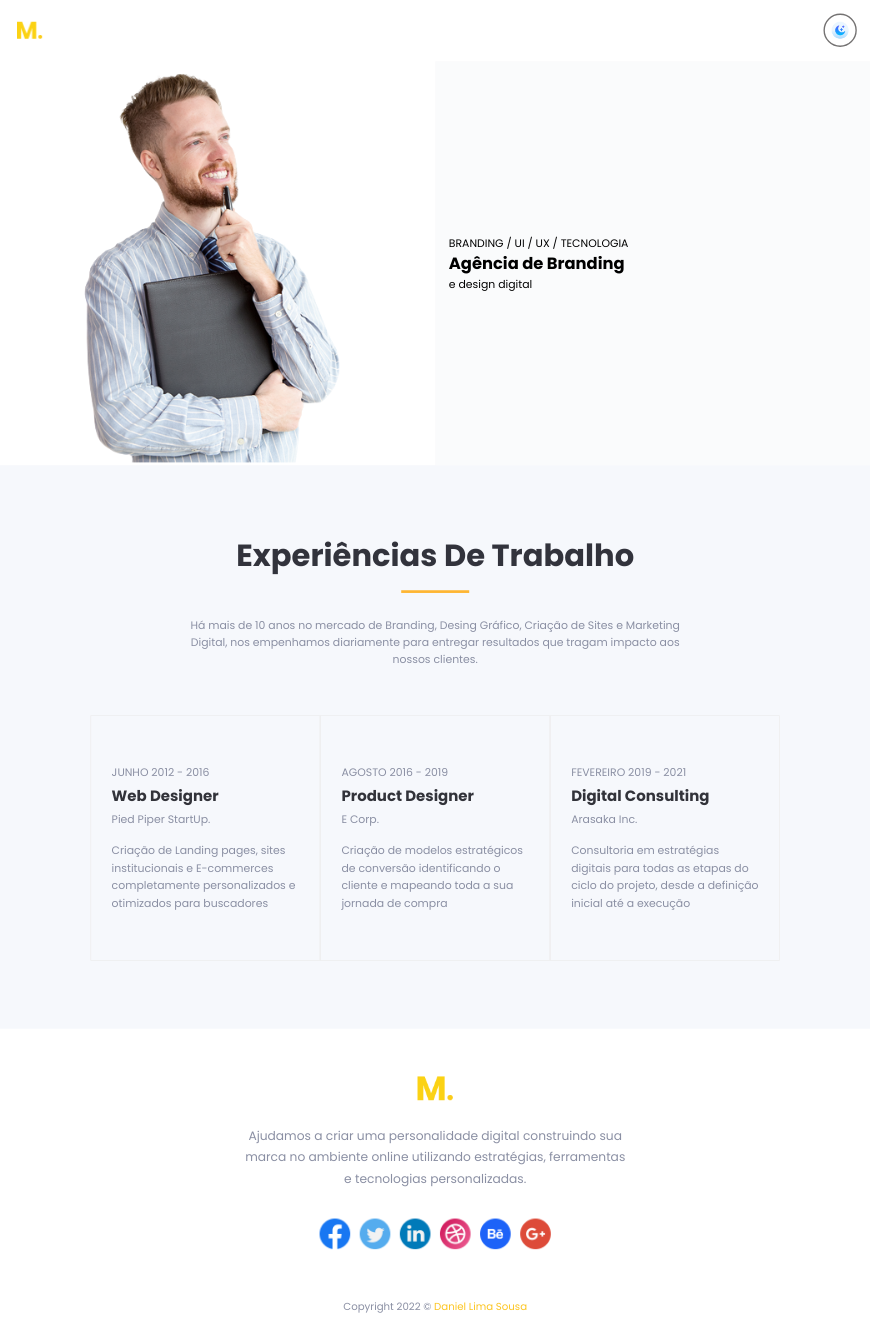
Repository: Daniells642/agencia-digital
Page: /
These files come from the project's save history. The page is drawn as it stood at one moment and after the next save; the edit follows.
The browser window is 1280 px wide. The pictures show the whole page, at 68% of full size.
The project was rebuilt for these pictures with package versions that can differ from the ones it lists, and the page was loaded fresh each time.

Above is the page before, as saved 2022-12-02 21:20:22.

After the next save:
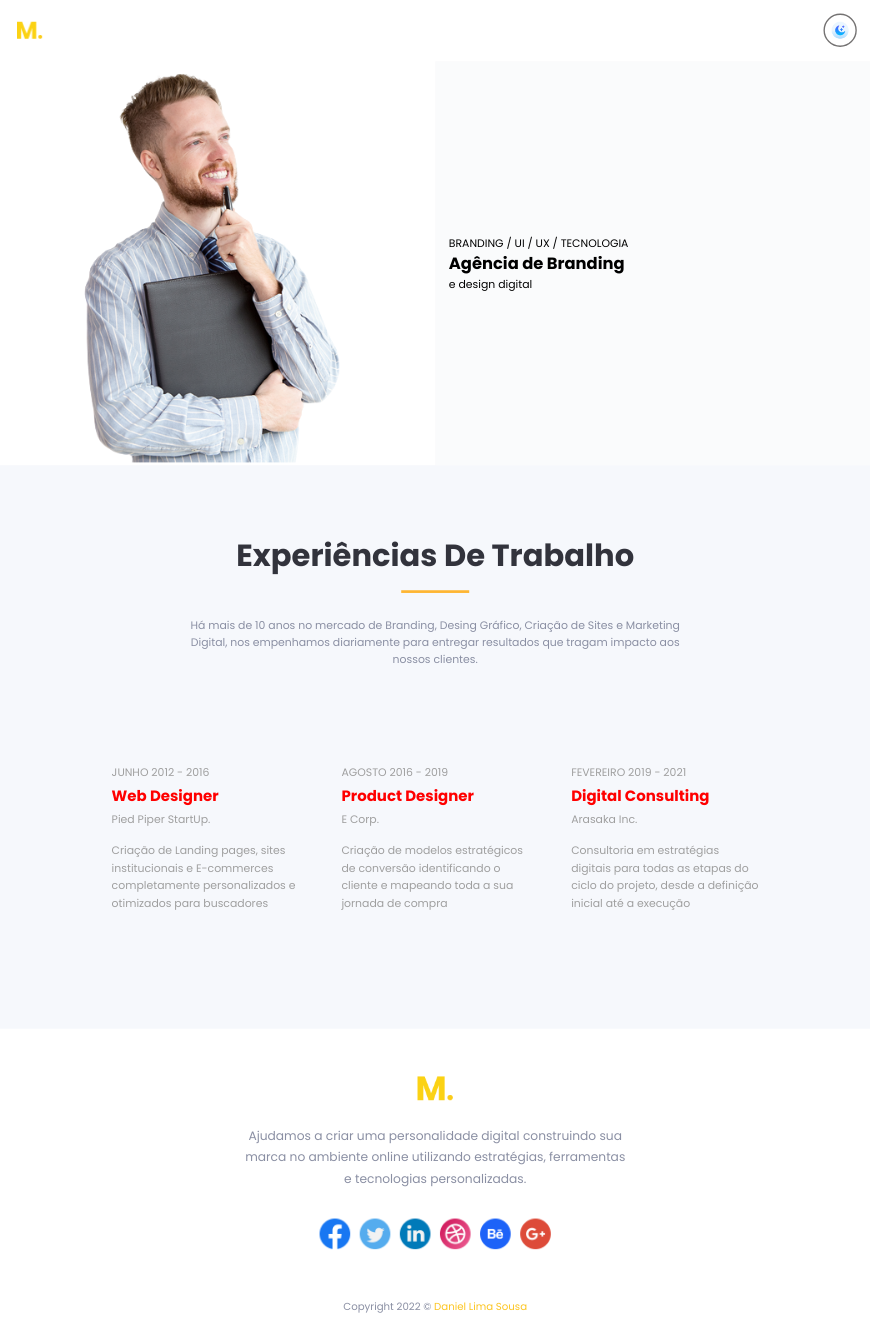
Saved 11 s later.
--- a/src/componentes/Card/index.jsx
+++ b/src/componentes/Card/index.jsx
@@ -2,7 +2,7 @@ import './style.css';
 
 export default function Card(props) {
     return (
-      <div id="card" className={props.ehTemaEscuro ? 'card-modo-escuro' : 'card-modo-claro'}>
+      <div id="card" className={props.ehTemaEscuro ? 'card-modo-claro' : 'card-modo-escuro'}>
         <p className="primeiroParagrafo">{props.data}</p>
         <h4>{props.titulo}</h4>
         <p className="segundoParagrafo">{props.empresa}</p>
